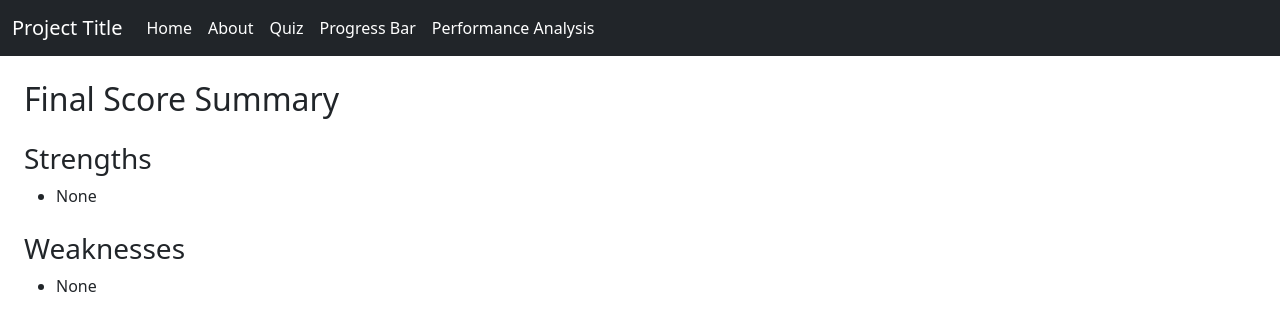
Repository: rahul-chakradhari/devquest
Page: /ana (app in project/)
The author's editor kept a copy of each file at every save. The page is drawn from the files as they stood at one save, then again after the next save.
The browser window is 1280 px wide. The pictures show the whole page.
The project was rebuilt for these pictures with package versions that can differ from the ones it lists, and the page was loaded fresh each time. Also part of the build but not shown: project/vite.config.js, project/src/App.css, project/src/components/Home.jsx, project/src/components/About.jsx, project/src/components/ProgressBar.jsx, project/src/components/Quiz.jsx, project/src/index.css.

Above is the page before, as saved 2025-02-23 16:38:37.

After the next save:
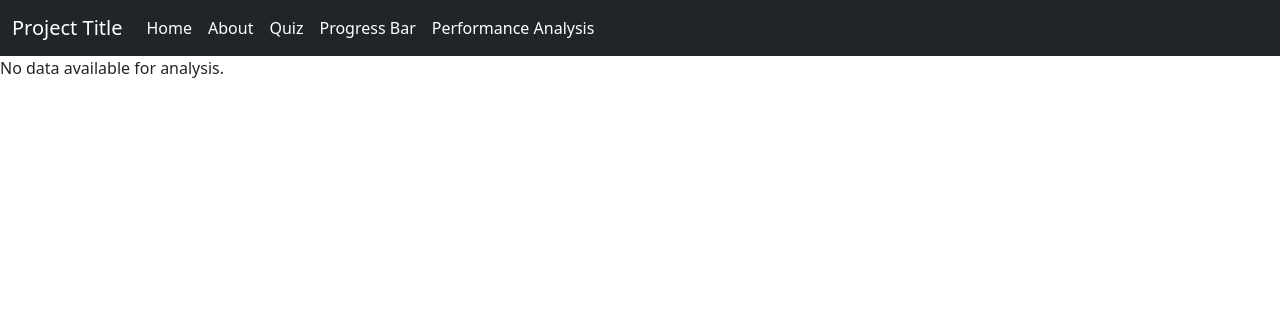
Saved 2 min 9 s later.
--- a/project/src/components/PerformanceAnalysis.jsx
+++ b/project/src/components/PerformanceAnalysis.jsx
@@ -1,42 +1,67 @@
 import React from "react";
 
 const PerformanceAnalysis = ({ questionStats }) => {
-  // Convert questionStats object into an array of [operation, count]
-  const operationCounts = Object.entries(questionStats);
+  if (!questionStats || Object.keys(questionStats).length === 0) {
+    return <p>No data available for analysis.</p>;
+  }
 
-  // Finding max & min attempted operations
-  const maxCount = Math.max(...Object.values(questionStats));
-  const minCount = Math.min(...Object.values(questionStats));
+  // Convert questionStats object into an array of { operation, correct, incorrect, total, accuracy }
+  const operationAnalysis = Object.entries(questionStats).map(
+    ([operation, stats]) => ({
+      operation,
+      correct: stats.correct || 0,
+      incorrect: stats.incorrect || 0,
+      total: (stats.correct || 0) + (stats.incorrect || 0),
+      accuracy: stats.correct
+        ? Math.round(
+            (stats.correct / ((stats.correct || 0) + (stats.incorrect || 0))) *
+              100
+          )
+        : 0,
+    })
+  );
 
-  // Identify strengths (most attempted) and weaknesses (least attempted)
-  const strengths = operationCounts
-    .filter(([_, count]) => count === maxCount)
-    .map(([operation]) => operation);
+  // Finding strengths & weaknesses based on accuracy
+  const maxAccuracy = Math.max(...operationAnalysis.map((op) => op.accuracy));
+  const minAccuracy = Math.min(...operationAnalysis.map((op) => op.accuracy));
 
-  const weaknesses = operationCounts
-    .filter(([_, count]) => count === minCount)
-    .map(([operation]) => operation);
+  const strengths = operationAnalysis
+    .filter((op) => op.accuracy === maxAccuracy)
+    .map((op) => `${op.operation} (Accuracy: ${op.accuracy}%)`);
+
+  const weaknesses = operationAnalysis
+    .filter((op) => op.accuracy === minAccuracy)
+    .map((op) => `${op.operation} (Accuracy: ${op.accuracy}%)`);
 
   return (
     <div className="p-4 bg-white rounded-lg shadow-md">
-      <h2 className="text-xl font-semibold">Final Score Summary</h2>
+      <h2 className="text-xl font-semibold">📊 Performance Analysis</h2>
 
-      <h3 className="mt-4 font-semibold text-green-600">Strengths</h3>
+      <h3 className="mt-4 font-semibold text-green-600">✅ Strengths</h3>
       <ul>
         {strengths.length > 0 ? (
           strengths.map((s, index) => <li key={index}>✅ {s}</li>)
         ) : (
-          <li>None</li>
+          <li>No strengths identified.</li>
         )}
       </ul>
 
-      <h3 className="mt-4 font-semibold text-red-600">Weaknesses</h3>
+      <h3 className="mt-4 font-semibold text-red-600">❌ Weaknesses</h3>
       <ul>
         {weaknesses.length > 0 ? (
           weaknesses.map((w, index) => <li key={index}>❌ {w}</li>)
         ) : (
-          <li>None</li>
+          <li>No weaknesses identified.</li>
         )}
+      </ul>
+
+      <h3 className="mt-4 font-semibold text-blue-600">📈 Accuracy Report</h3>
+      <ul>
+        {operationAnalysis.map((op, index) => (
+          <li key={index}>
+            🔹 {op.operation}: {op.correct}/{op.total} correct ({op.accuracy}%)
+          </li>
+        ))}
       </ul>
     </div>
   );
